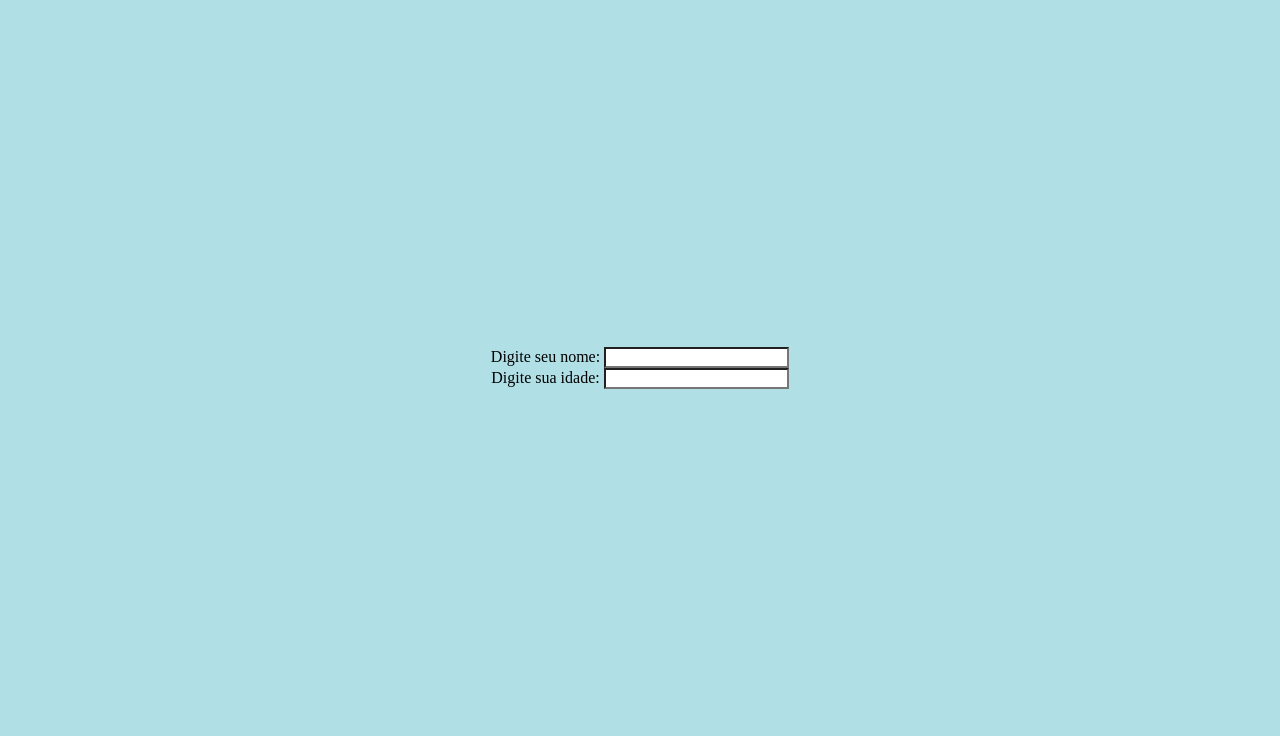
Repository: luiz123098/Sobre-mim-em-HTM-CSS
Page: estudosHtmlCss.html
An editor plug-in stored every save of this project. The page is shown before and after the next save, followed by the edit.
The browser window is 1280 px wide. The pictures show the whole page.

Above is the page before, as saved 2023-03-03 14:14:55.

After the next save:
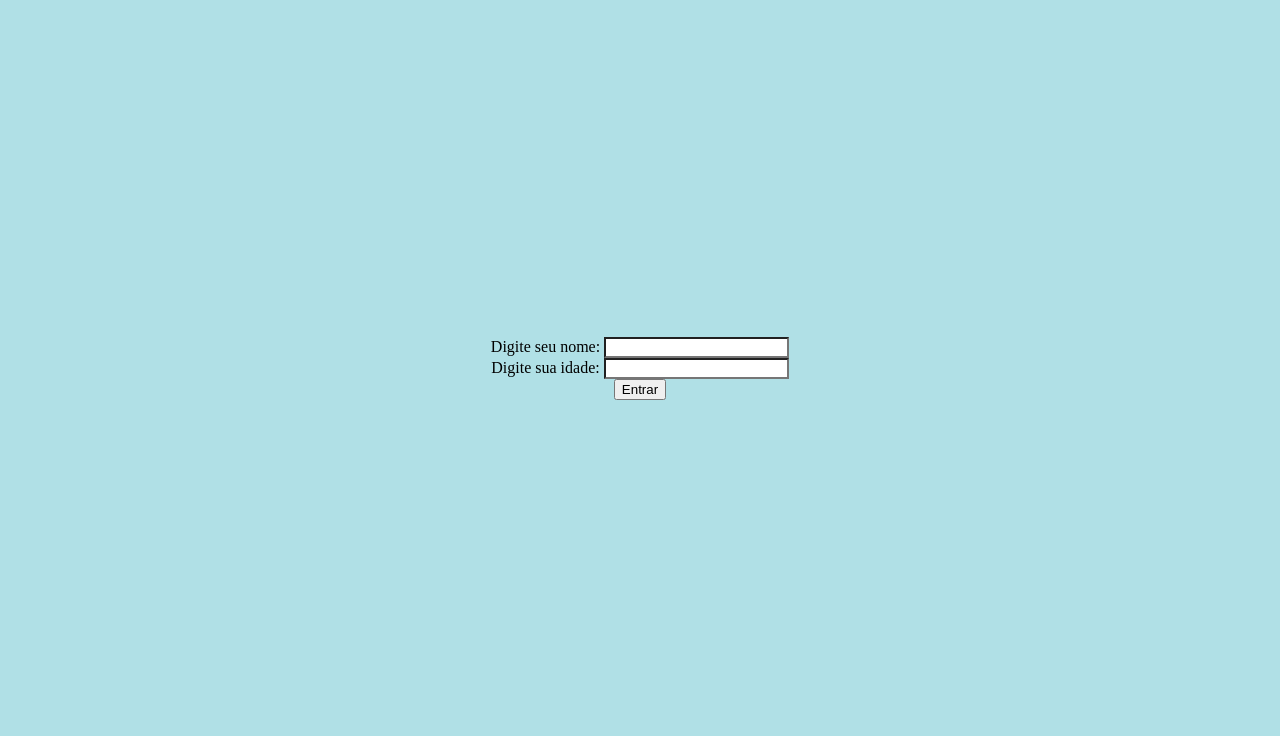
Saved 65 s later.
--- a/estudosHtmlCss.html
+++ b/estudosHtmlCss.html
@@ -26,9 +26,14 @@
     <rich:column style="text-align: center;">
         <label>Digite seu nome:</label>
         <input class="buttom" id="botaoCssEditado">
+
         <br>
+
         <label>Digite sua idade:</label>
         <input class="buttom" id="botaoCssEditado2">
+
+        <br>
+        <button>Entrar</button>
 
     </rich:column>
 </body>
